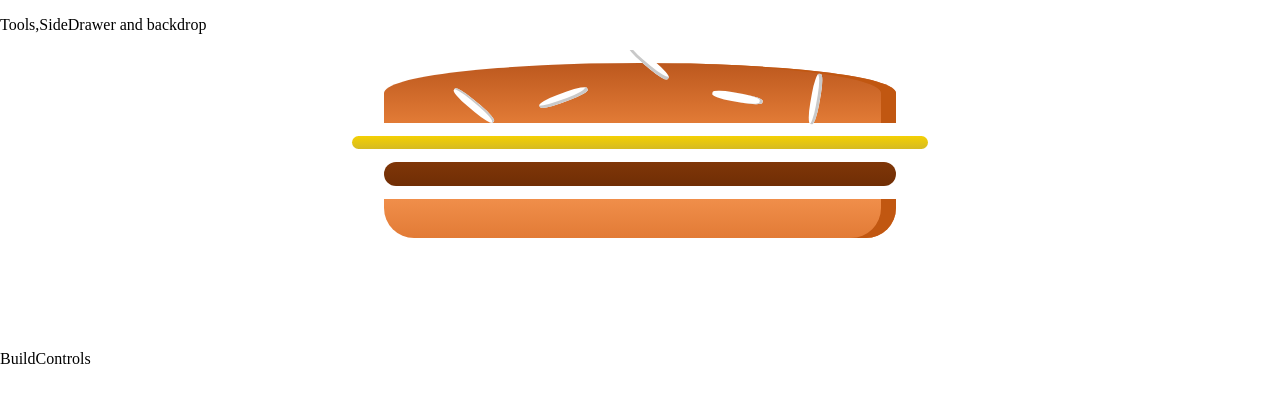
Repository: PiyushRajmsit/React-Burger-Building-App
Page: /
These files come from the project's save history. The page is drawn as it stood at one moment and after the next save; the edit follows.
The browser window is 1280 px wide. The pictures show the whole page.
The project was rebuilt for these pictures with package versions that can differ from the ones it lists, and the page was loaded fresh each time. Also part of the build but not shown: src/App.module.css.

Above is the page before, as saved 2020-06-07 03:07:52.

After the next save:
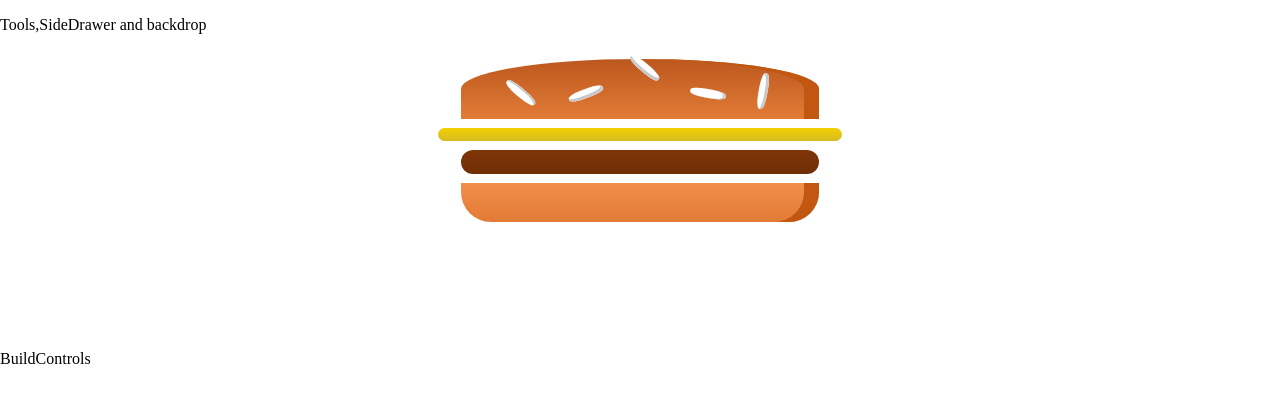
Saved 7 s later.
--- a/src/components/Burger/Burger.module.css
+++ b/src/components/Burger/Burger.module.css
@@ -1,5 +1,5 @@
 .Burger{
-    width: 50%;
+    width: 35%;
     margin: auto;
     height: 300px;
     text-align: center;
